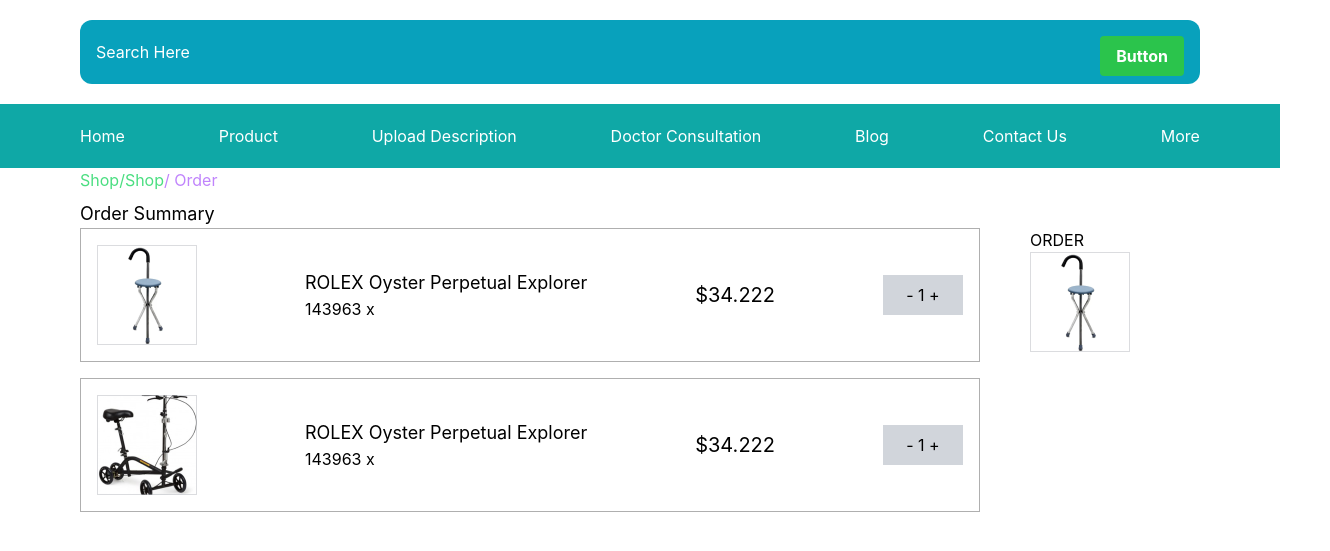
Repository: arafatmollah/pharma
Page: /
The author's editor kept a copy of each file at every save. The page is drawn from the files as they stood at one save, then again after a run of saves.
The browser window is 1280 px wide. The page is 1330 px wide, so the pictures cover 1330 px, including what lies to the right of the window. The pictures show the whole page.
The project was rebuilt for these pictures with package versions that can differ from the ones it lists, and the page was loaded fresh each time.

Above is the page before, as saved 2023-03-12 22:01:44.

After the next 2 saves:
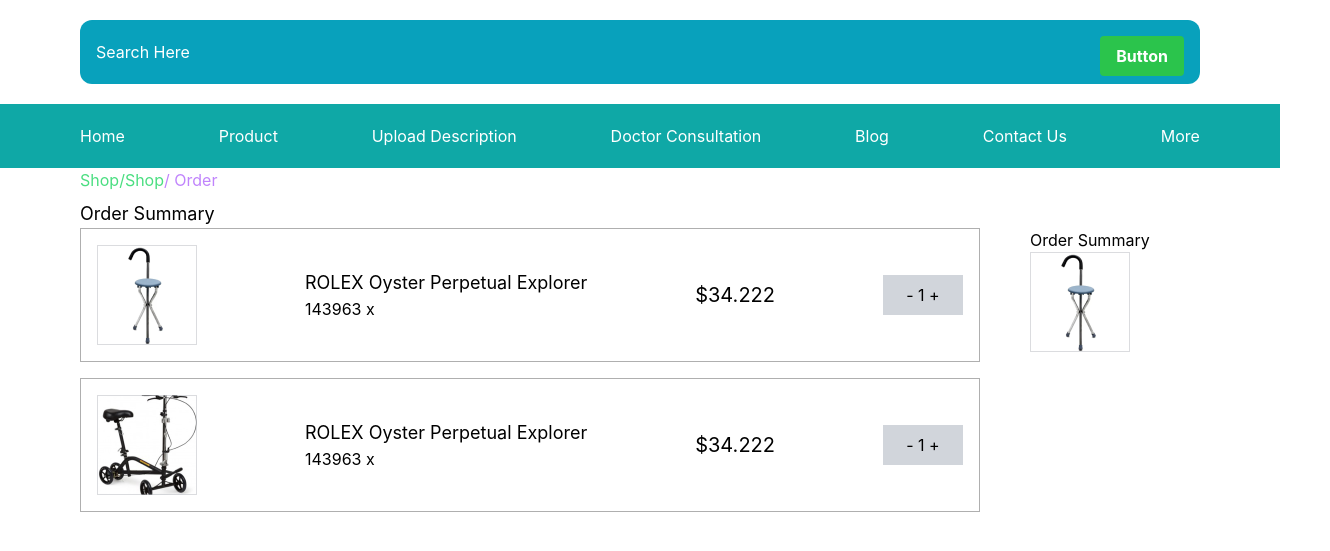
The 2 saves are shown as one change because they came seconds apart.
The last was saved 9 s later.
--- a/src/Order.js
+++ b/src/Order.js
@@ -49,9 +49,10 @@ function order() {
           </div>
           </div>
           <div>
-            ORDER
+            Order Summary
           <div>
             <img src={img}></img>
+
           </div>
         </div>
         </div>
